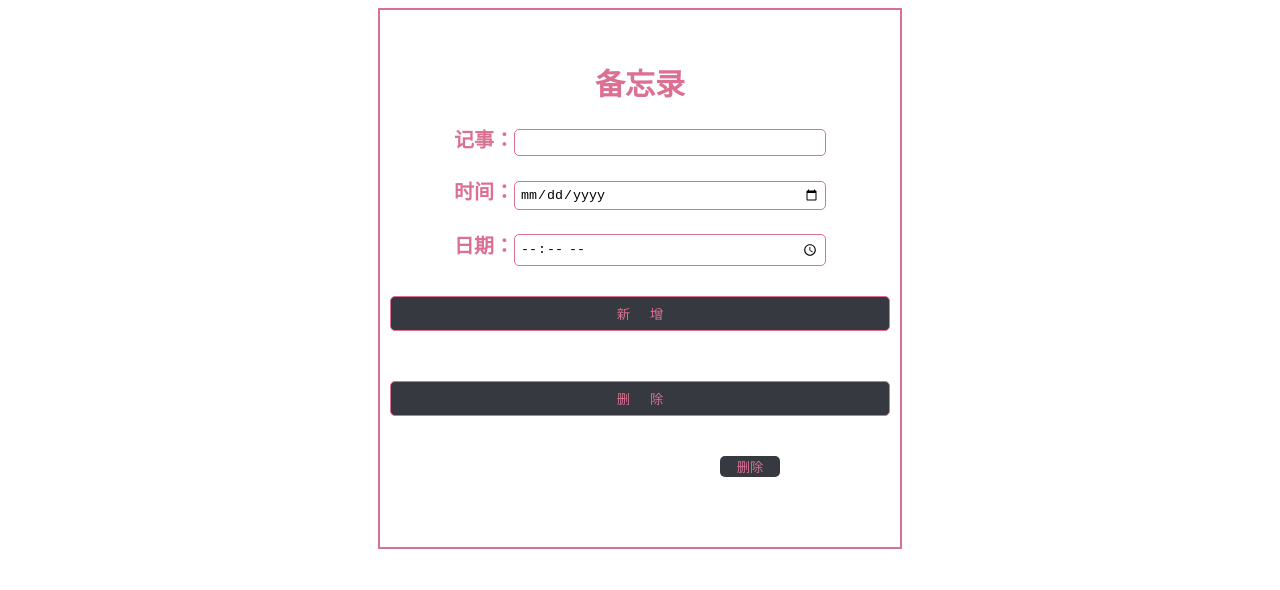
Repository: ErosHai/ReactDemo
Page: /, after clicking the first element matching `button.sc-eqUAAy`
These files come from the project's save history. The page is drawn as it stood at one moment and after the next save; the edit follows.
The browser window is 1280 px wide. The pictures show the whole page.
The project was rebuilt for these pictures with package versions that can differ from the ones it lists, and the page was loaded fresh each time.

Above is the page before, as saved 2022-03-17 22:44:48.

### src/index.js
import React from 'react'
import ReactDOM from 'react-dom'
import Home from './pages/Home'

ReactDOM.render(
	<React.StrictMode>
		<Home />
	</React.StrictMode>,
	document.getElementById('root')
)

### src/pages/Home/index.js
import Edit from './components/Edit'
import List from './components/List'
import { useState } from 'react'
import styled from 'styled-components'

const Container = styled.h1`
	width: 500px;
	height: auto;
	padding: 50px 10px;
	margin: 0 auto;
	border: 2px solid palevioletred;
	font-size: 30px;
	text-align: center;
	color: palevioletred;
`
const Home = () => {
	const [data, setData] = useState([])

	return (
		<Container>
			<Edit addData={setData} />
			<List listData={data} />
		</Container>
	)
}

export default Home

### src/pages/Home/components/Edit/index.js
import { useState } from 'react'
import styled from 'styled-components'

// CSS
const LitleTitle = styled.div`
	margin-top: 20px;
	font-size: 20px;
`
const Input = styled.input`
	width: 300px;
	padding: 5px;
	margin: 0 auto;
	border-radius: 5px;
	border: 1px solid palevioletred;
	outline-color: palevioletred;
`
const Button = styled.button`
	width: 100%;
	height: 35px;
	padding: 0 10px;
	margin: 30px 0 20px 0;
	color: palevioletred;
	background-color: #36393f;
	border-radius: 5px;
	line-height: 35px;
	text-align: center;
	letter-spacing: 20px;
	text-indent: 20px;
	border: 0.5px solid palevioletred;
	&:hover {
		background-color: palevioletred;
		color: white;
		border: 0.5px solid palevioletred;
	}
`

function Edit({ addData }) {
	const [note, setNote] = useState('')
	const [date, setDate] = useState('')
	const [time, setTime] = useState('')

	// 输入备份
	function handleInput(event) {
		setNote(event.target.value)
	}

	// 选择日期
	function handleDate(event) {
		setDate(event.target.value)
	}

	// 选择时间
	function handleTime(event) {
		setTime(event.target.value)
	}

	//  新增记事
	function handleAdd() {
		addData(function (prev) {
			return [{ note, date, time }, ...prev]
		})
	}

	return (
		<div>
			<div>备忘录</div>
			<LitleTitle>
				记事：
				<Input value={note} onChange={handleInput}></Input>
			</LitleTitle>
			<LitleTitle>
				时间：
				<Input value={date} onChange={handleDate} type="date"></Input>
			</LitleTitle>
			<LitleTitle>
				日期：
				<Input value={time} onChange={handleTime} type="time"></Input>
			</LitleTitle>
			<Button onClick={handleAdd}>新增</Button>
			<Button>删除</Button>
		</div>
	)
}

export default Edit

### src/pages/Home/components/List/index.js
import Item from '../Item'
import { v4 as uuidv4 } from 'uuid'

function List({ listData }) {
	console.log(listData)
	return (
		<div>
			{listData.map(item => {
				const { note, date, time } = item
				return <Item key={uuidv4()} note={note} date={date} time={time} />
				// <div key={uuidv4()}>{item}</div>
			})}
		</div>
	)
}

export default List

### src/pages/Home/components/Item/index.js
import styled from 'styled-components'

const LitleTitle = styled.div`
	display: flex;
	justify-content: space-around;
	margin-top: 20px;
	font-size: 20px;
`
const Litle = styled(LitleTitle)`
	font-size: 10px;
`
const Content = styled.span`
	text-align: left;
	font-size: 20px;
`

const Delete = styled.button`
	background-color: #36393f;
	color: palevioletred;
	width: 60px;
	border: 0;
	border-radius: 5px;
	&:hover {
		background-color: #dd7798;
		border: 0;
		color: white;
	}
`

function Item({ note, date, time }) {
	return (
		<div>
			<LitleTitle>
				<Content>
					{note}
					<div>
						{date}
						{time}
					</div>
				</Content>
				<Delete>删除</Delete>
			</LitleTitle>
			<Litle></Litle>
		</div>
	)
}

export default Item

Loaded but not shown: public/index.html (common file)

After the next save:
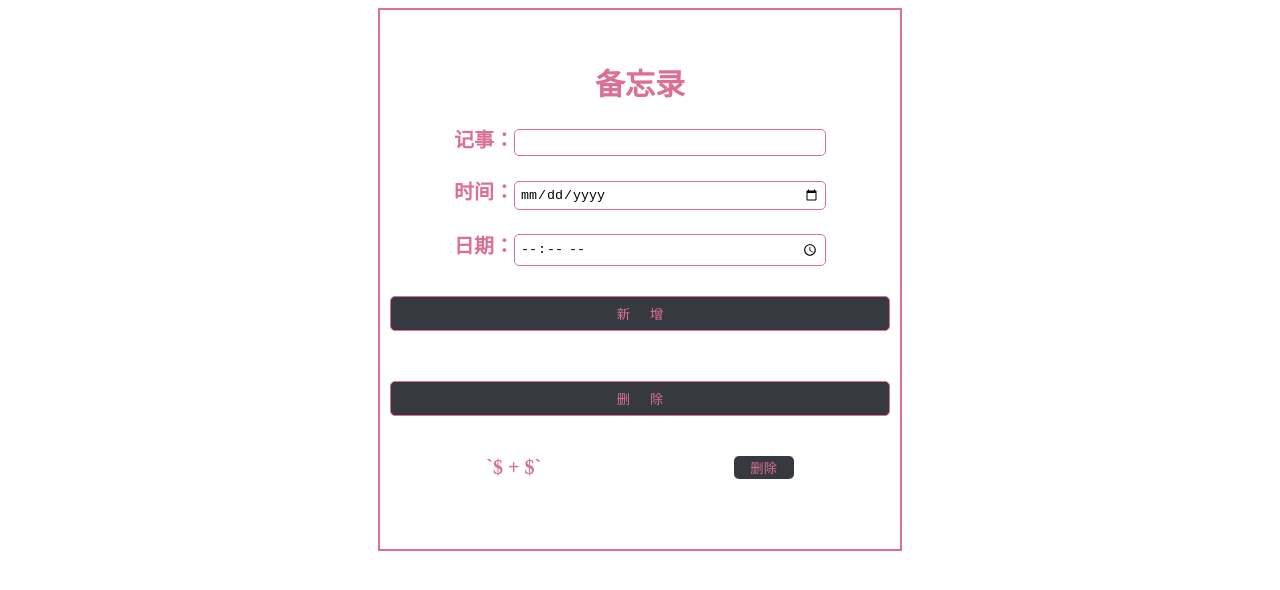
Saved 69 s later.
--- a/src/pages/Home/components/Item/index.js
+++ b/src/pages/Home/components/Item/index.js
@@ -34,8 +34,7 @@ function Item({ note, date, time }) {
 				<Content>
 					{note}
 					<div>
-						{date}
-						{time}
+						`${date} + ${time}`
 					</div>
 				</Content>
 				<Delete>删除</Delete>
